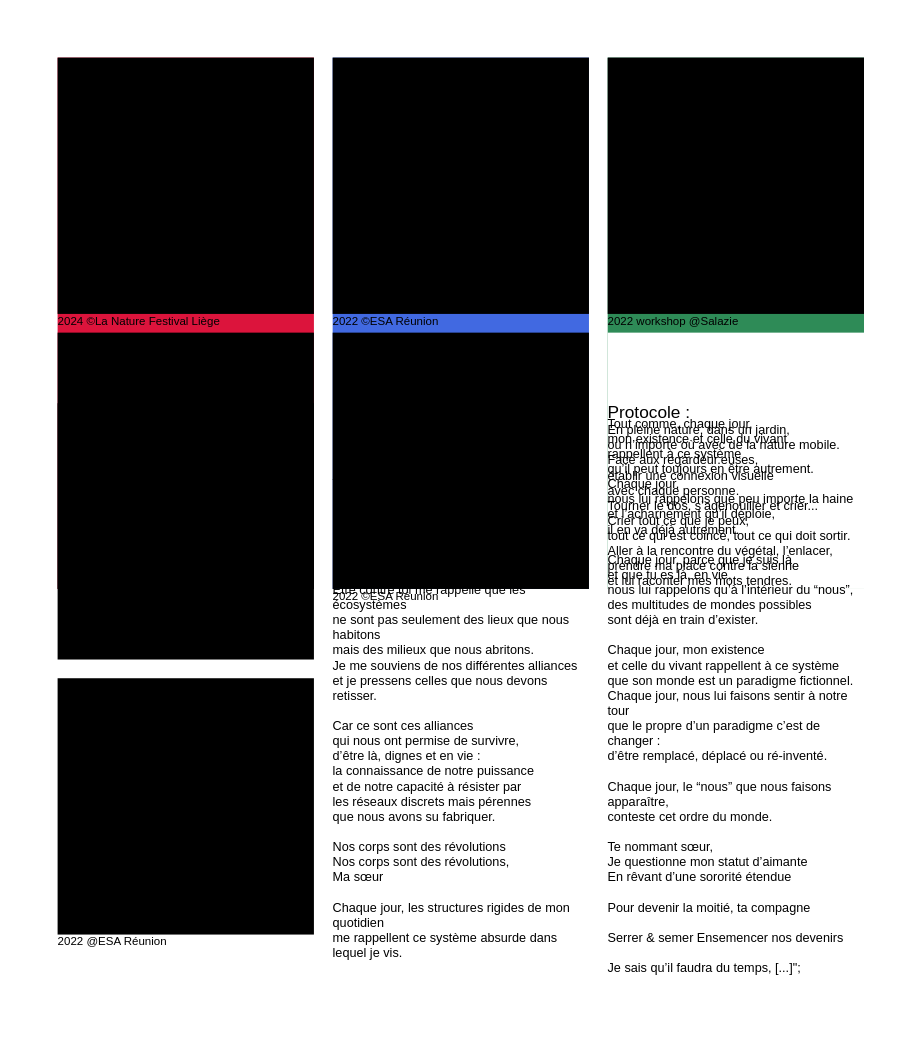
Repository: brunrhb/oce-p
Page: index.html
An editor plug-in stored every save of this project. The page is shown before and after the next save, followed by the edit.
The browser window is 1280 px wide. The pictures show the whole page, at 72% of full size.

Above is the page before, as saved 2025-06-07 11:37:15.

### index.html
<!DOCTYPE html>
<html lang="fr">
<head>
  <meta charset="UTF-8">
  <meta name="viewport" content="width=device-width, initial-scale=1.0">
  <title>Grid 3 colonnes avec placeholders</title>
  <link rel="stylesheet" href="styles.css">
  <script defer src="content.js"></script>
</head>
<body>



  <section PROJET1 LIASONS VEGETALES>

<div class="grid-p1s1" id="partie1">

<div class="col-p1s1-1">
  <div class="media-block-p1s1">
    <div class="placeholder-p1s1"></div>
    <p class="credit" data-content="p1s1-credit1"></p>
  </div>

  <div class="media-block-p1s1">
    <div class="placeholder-p1s1"></div>
    <p class="credit" data-content="p1s1-credit2"></p>
  </div>
</div>

    <div class="col-p1s1-2">
      <div class="media-block-p1s1">
        <div class="placeholder-p1s1"></div>
        <p class="credit" data-content="p1s1-credit3"></p>
      </div>
      <div class="media-block-p1s1">
        <div class="placeholder-p1s1"></div>
        <p class="credit" data-content="p1s1-credit4"></p>
      </div>
    </div>

    <div class="col-p1s1-3">
      <div class="media-block-p1s1">
        <div class="placeholder-p1s1"></div>
        <p class="credit" data-content="p1s1-credit5"></p>
      </div>
     <div class="text-block-p1s1">
       <p class="protocole-titre" data-content="p1s1-protocole-titre"></p>
       <p class="protocole-corps" data-content="p1s1-protocole-corps"></p>
    </div>

  </div>

</div>

<div class="grid-p1s2" id="partie2">

  <div class="col-p1s2-1">
    <div class="media-block-p1s2-1">
    <div class="placeholder-p1s1"></div>
      <div class="media-block-p1s2-2">
      <div class="placeholder-p1s1"></div>
      <p class="credit" data-content="p1s2-credit"></p>
    </div>
    </div>
  </div>

  <div class="col-p1s2-2">
      <div class="text-block-p1s2">
        <p class="extrait" data-content="p1s2-extrait1"></p>
      </div>
  </div>

  <div class="col-p1s2-3">
      <div class="text-block-p1s2">
        <p class="extrait" data-content="p1s2-extrait2"></p>
      </div>

  </div>



</div>
  </section>

</body>
</html>

### styles.css
body {
  margin: 0;
  font-family: sans-serif;
}

/* #region PROJET1 LIASONS VEGETALES*/

/* #region slide1*/

/* 1 grille et colonnes */

.grid-p1s1 {
  display: grid;
  grid-template-columns: 1fr 1fr 1fr;
  height: calc(100vh - 20rem);
  padding-top: 5rem;
  padding-bottom: 5rem;
  padding-left:5rem ;
  padding-right:5rem ;
  column-gap: 2vw;
}

.col-p1s1-1 {
  display: flex;
  flex-direction: column;
  justify-content: flex-start;
  gap: 2vw;


  background-color: crimson;
}

.col-p1s1-2 {
  display: flex;
  flex-direction: column;
  justify-content: flex-start;
  gap: 2vw;

  background-color: royalblue;
}

.col-p1s1-3 {
  display: flex;
  flex-direction: column;
  justify-content: flex-start;
  gap: 2vw;

  background-color: seagreen;
}


/* 2 blocks et elements */

.media-block-p1s1 {
  display: block;
  width: 100%;
}

.placeholder-p1s1 {
  aspect-ratio: 1 / 1;
  width: 100%;
  background-color: black;
}

.credit {
  position: absolute;
  font-size: 1rem;
  line-height: 1.2;
  margin: 0;
  z-index: 10;

}

.text-block-p1s1 {
  display: flex;
  flex-direction: column;
  justify-content: flex-end;

  width: 100%;
  aspect-ratio: 1 / 1;
  background-color: white;

  padding: 0;
  margin: 0;
  gap: 0;
}

.protocole-titre {
  font-size: 1.5rem;
  margin: 0;
  padding: 0;
}

.protocole-corps {
  font-size: 1.1rem;
  margin: 0;
  padding: 0;
}

/* #endregion */


/* #region slide2

credit v`
*/

/* 1 grille et colonnes */

.grid-p1s2 {
  display: grid;
  grid-template-columns: 1fr 1fr 1fr;
  padding-bottom: 5rem;
  padding-left:5rem ;
  padding-right:5rem ;
  column-gap: 2vw;
}

.col-p1s2-1 {
  display: flex;
  flex-direction: column;
  justify-content: flex-start;
  gap: 20vw;
}

.col-p1s2-2 {
  display: flex;
}

.col-p1s2-3 {
  display: flex;
}


/* 2 blocks et elements */

.media-block-p1s2-1 {
  display: flex;
  flex-direction: column;
  gap: 2vw;
  position: relative;
  width: 100%;

}

.media-block-p1s2-2 {
  display: block;
  position: relative;
  width: 100%;

}

.text-block-p1s2 {
  gap: 0;
}

.extrait {
  font-size: 1.1rem;
}



/* #endregion */


/* #endregion */

### content.js
const content = {};

// #region PROJET1

// #region p1s1
content["p1s1-credit1"] = "2024 ©La Nature Festival Liège";
content["p1s1-credit2"] = "2024 ©La Nature Festival Liège";
content["p1s1-credit3"] = "2022 ©ESA Réunion";
content["p1s1-credit4"] = "2022 ©ESA Réunion";
content["p1s1-credit5"] = "2022 workshop @Salazie";

content["p1s1-protocole-titre"] = "Protocole :";
content["p1s1-protocole-corps"] = `
  En pleine nature, dans un jardin,<br>
  ou n’importe où avec de la nature mobile.<br>
  Face aux regardeur.euses,<br>
  établir une connexion visuelle<br>
  avec chaque personne.<br>
  Tourner le dos, s’agenouiller et crier...<br>
  Crier tout ce que je peux,<br>
  tout ce qui est coincé, tout ce qui doit sortir.<br>
  Aller à la rencontre du végétal, l’enlacer,<br>
  prendre ma place contre la sienne<br>
  et lui raconter mes mots tendres.
`;
// #endregion

// #region p1s2
content["p1s2-credit"] = "2022 @ESA Réunion";

content["p1s2-extrait1"] = `
  "Nos corps sont des révolutions<br>
Nos corps sont des révolutions,<br>
Ma sœur<br><br>

T’effleurer<br>
me rappelle les guerres qui nous traversent<br>
et les narrations qui nous diluent.<br>
Encore et encore, il faudra crier<br>
du silence dans lequel on voudrait nous maintenir.<br><br>

Être contre toi me rappelle que les écosystèmes<br>
ne sont pas seulement des lieux que nous habitons<br>
mais des milieux que nous abritons.<br>
Je me souviens de nos différentes alliances<br>
et je pressens celles que nous devons retisser.<br><br>

Car ce sont ces alliances<br>
qui nous ont permise de survivre,<br>
d’être là, dignes et en vie :<br>
la connaissance de notre puissance<br>
et de notre capacité à résister par<br>
les réseaux discrets mais pérennes<br>
que nous avons su fabriquer.<br><br>

Nos corps sont des révolutions<br>
Nos corps sont des révolutions,<br>
Ma sœur<br><br>

Chaque jour, les structures rigides de mon quotidien<br>
me rappellent ce système absurde dans lequel je vis.
 `;
content["p1s2-extrait2"] = `
Tout comme, chaque jour,<br>
mon existence et celle du vivant<br>
rappellent à ce système<br>
qu’il peut toujours en être autrement.<br>
Chaque jour,<br>
nous lui rappelons que peu importe la haine<br>
et l’acharnement qu’il déploie,<br>
il en va déjà autrement.<br><br>

Chaque jour, parce que je suis là<br>
et que tu es là, en vie,<br>
nous lui rappelons qu’à l’intérieur du “nous”,<br>
des multitudes de mondes possibles<br>
sont déjà en train d’exister.<br><br>

Chaque jour, mon existence<br>
et celle du vivant rappellent à ce système<br>
que son monde est un paradigme fictionnel.<br>
Chaque jour, nous lui faisons sentir à notre tour<br>
que le propre d’un paradigme c’est de changer :<br>
d’être remplacé, déplacé ou ré-inventé.<br><br>

Chaque jour, le “nous” que nous faisons apparaître,<br>
conteste cet ordre du monde.<br><br>

Te nommant sœur,<br>
Je questionne mon statut d’aimante<br>
En rêvant d’une sororité étendue<br><br>

Pour devenir la moitié, ta compagne<br><br>

Serrer & semer Ensemencer nos devenirs<br><br>

Je sais qu’il faudra du temps, [...]";
 `;
// #endregion

// #endregion


// #region injection
window.addEventListener("DOMContentLoaded", () => {
  Object.entries(content).forEach(([key, value]) => {
    const el = document.querySelector(`[data-content="${key}"]`);
    if (el) el.innerHTML = value;
  });
});
// #endregion

After the next save:
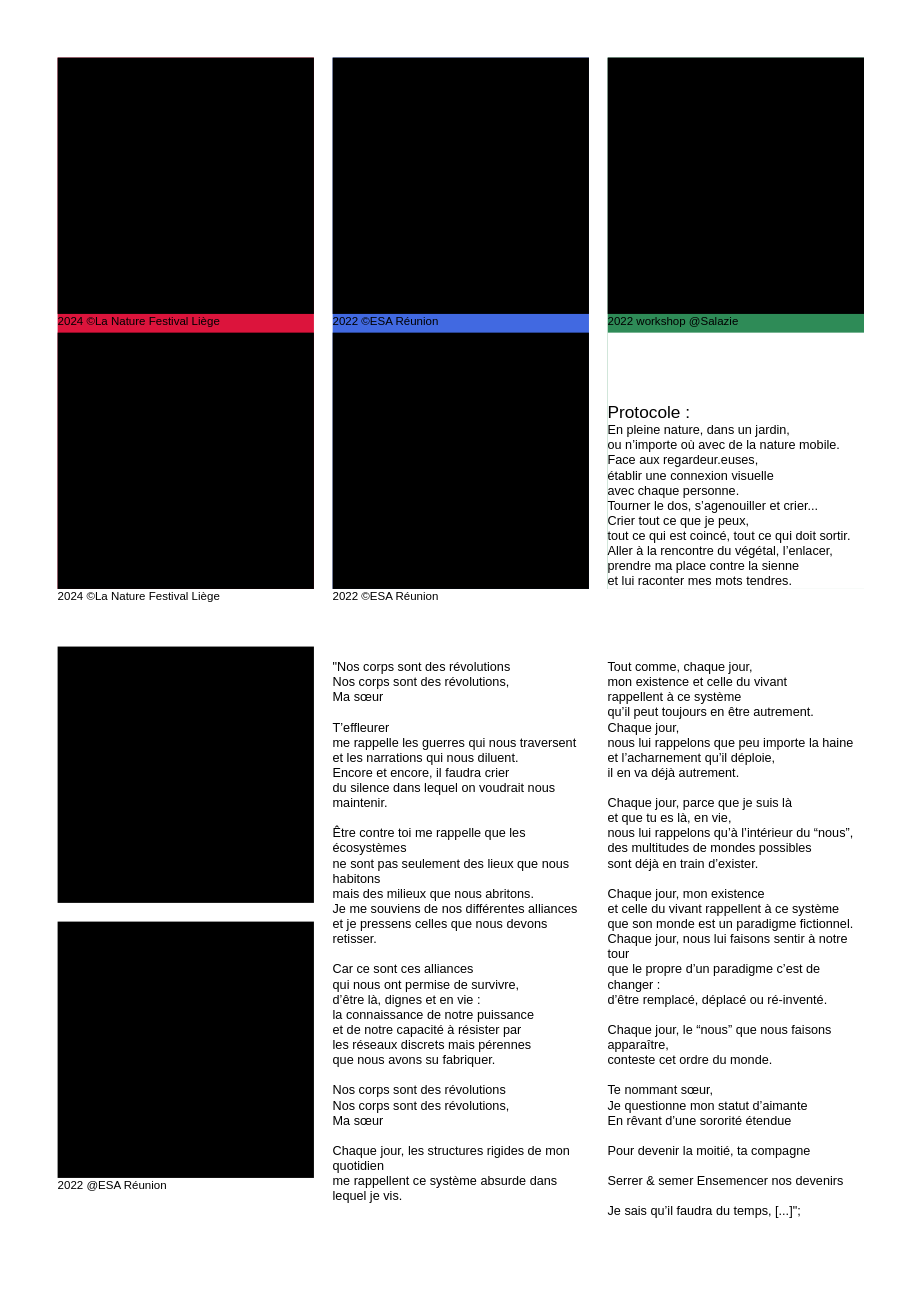
Saved 71 s later.
--- a/styles.css
+++ b/styles.css
@@ -12,7 +12,6 @@ body {
 .grid-p1s1 {
   display: grid;
   grid-template-columns: 1fr 1fr 1fr;
-  height: calc(100vh - 20rem);
   padding-top: 5rem;
   padding-bottom: 5rem;
   padding-left:5rem ;
